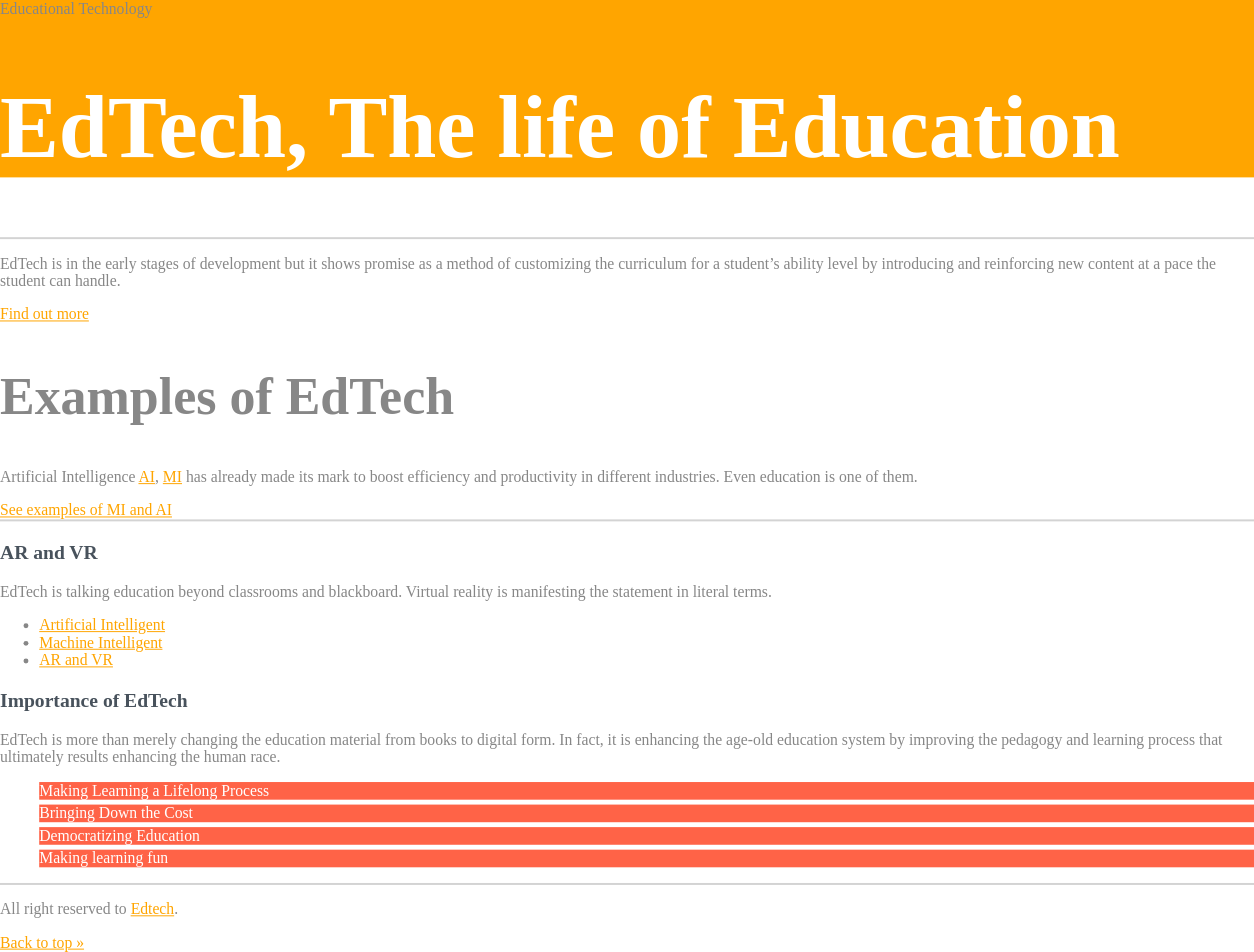
Repository: tunmishyi/edtech
Page: index.html
An editor plug-in stored every save of this project. The page is shown before and after the next save, followed by the edit.
The browser window is 1280 px wide. The pictures show the whole page, at 98% of full size.

Above is the page before, as saved 2020-06-06 21:18:22.

After the next save:
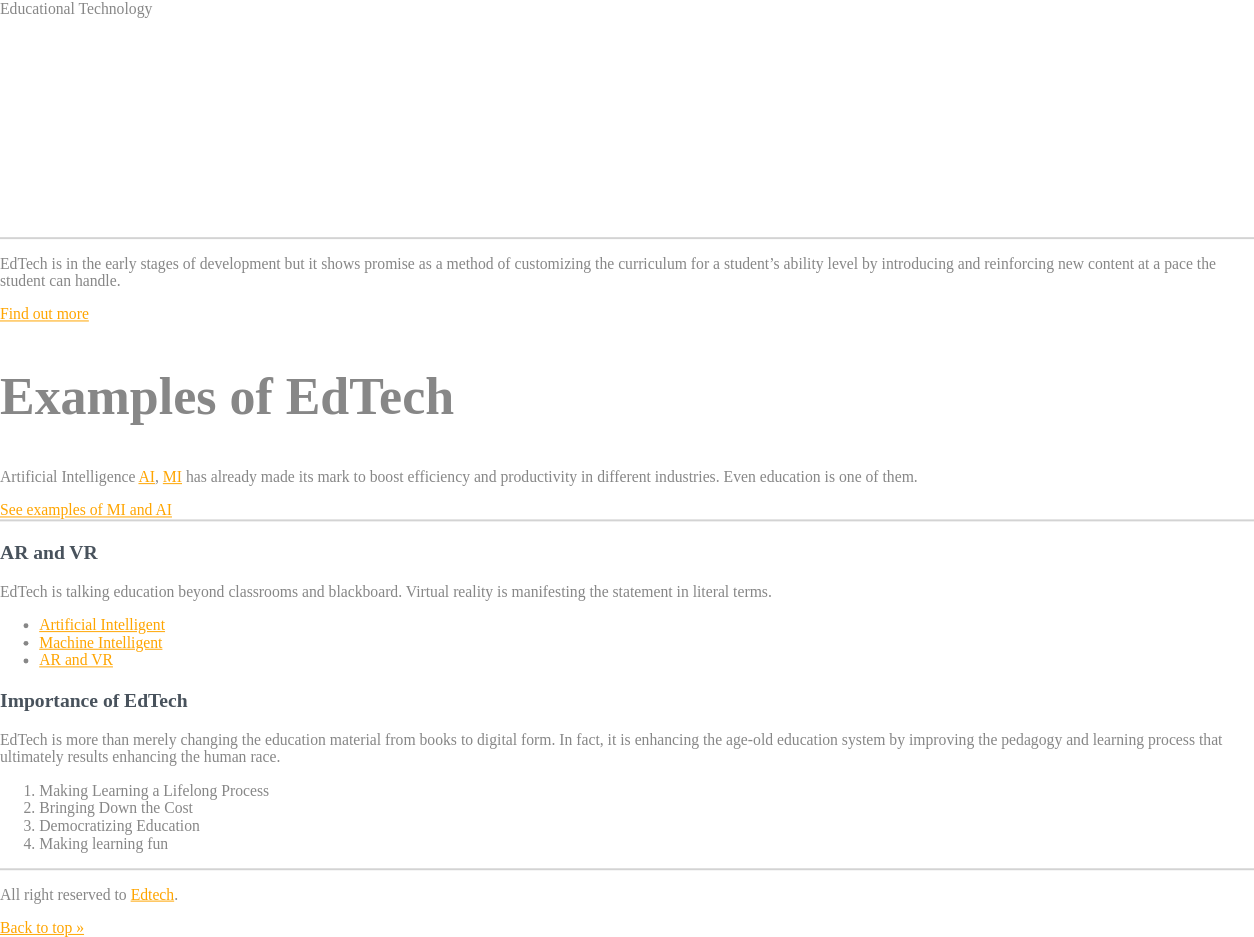
Saved 104 s later.
--- a/style.css
+++ b/style.css
@@ -1,23 +1,9 @@
 
 /*Type Selectors */
+
 body {
    color: #878787;
    margin: 0;
-}
-
-.main-header {
-    background-color: orange;
-}
-
-.title {
-    color: white;
-    font-size: 26px;
-}
-
-ol li {
-    background-color: tomato;
-    color: white;
-    margin-bottom: 5px;
 }
 
 h1 {
